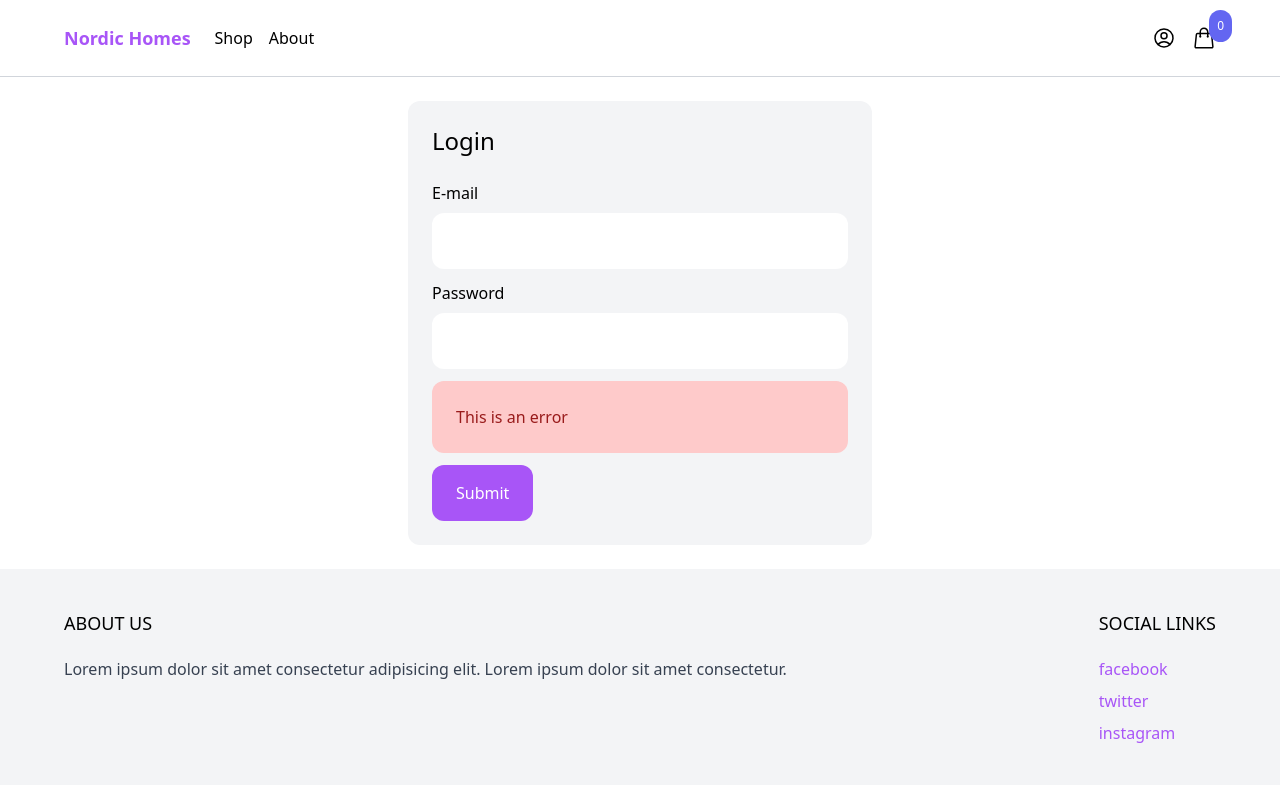
Repository: Calin224/NordicHomes
Page: core/templates/core/login.html
These files come from the project's save history. The page is drawn as it stood at one moment and after the next save; the edit follows.
The browser window is 1280 px wide. The pictures show the whole page.
Some web libraries are served in a nearby version. The template is drawn by Django 4.2. The application's start-up code is not run. Other server files are loaded and not shown. The template is opened directly, without the code that normally fills it, so the values that code supplies are empty.

Above is the page before, as saved 2023-02-16 20:24:25.

### core/templates/core/login.html
{% extends 'core/base.html' %}

{% block content %}

<div class="max-w-lg mx-auto flex flex-wrap p-6">
    <div class="w-full bg-gray-100 p-6 rounded-xl">
        <h1 class="mb-6 text-2xl">Login</h1>

        <form action="." method="post" class="space-y-3">
            {% csrf_token %}
            <div>
                <label for="">E-mail</label>
                <input type="email" class="w-full mt-2 py-4 px-6 bg-white rounded-xl focus:outline-none">
            </div>

            <div>
                <label for="">Password</label>
                <input type="password" class="w-full mt-2 py-4 px-6 bg-white rounded-xl focus:outline-none">
            </div>

            <div class="p-6 bg-red-200 text-red-800 rounded-xl">
                <p>This is an error</p>
            </div>

            {% if form.errors %}
                {% for field in form %}
                    {% for field in field.errors %}
                        <div class="p-6 bg-red-200 text-red-800 rounded-xl">
                            <p>{{ error|escape }}</p>
                        </div>
                    {% endfor %}
                {% endfor %}

                {% for error in form.non_field_errors %}
                    <div class="p-6 bg-red-200 text-red-800 rounded-xl">
                        <p>{{ error|escape }}</p>
                    </div>
                {% endfor %}
            {% endif %}

            <div>
                <button class="py-4 px-6 rounded-xl text-white bg-purple-500 hover:bg-purple-700">Submit</button>
            </div>
        </form>
    </div>
</div>

{% endblock content %}

### core/templates/core/base.html
<!DOCTYPE html>
<html lang="en">

<head>
    <meta charset="UTF-8">
    <meta name="viewport" content="width=device-width, initial-scale=1.0">
    <script src="https://cdn.tailwindcss.com"></script>
</head>

<body>
    <nav class="border-b border-gray-300">
        <div class="max-w-6xl mx-auto py-2 px-6 xl:px-0 flex items-center justify-between">
            <div class="menu-left flex items-center space-x-6">
                <a href="{% url 'frontpage' %}" class="py-4 text-lg text-purple-500 font-semibold">Nordic Homes</a>

                <ul class="flex items-center space-x-4">
                    <li><a href="{% url 'shop' %}">Shop</a></li>
                    <li><a href="#">About</a></li>


                    {% if request.user.is_authenticated %}
                        <li><a href="{% url 'logout' %}" class="px-4 py-2 bg-purple-500 hover:bg-purple-700 text-white rounded-lg">Logout</a></li>
                    {% endif %}

                </ul>
            </div>

            <div class="menu-right flex items-center space-x-4">
                <a href="#">
                    <svg xmlns="http://www.w3.org/2000/svg" fill="none" viewBox="0 0 24 24" stroke-width="1.5"
                        stroke="currentColor" class="w-6 h-6">
                        <path stroke-linecap="round" stroke-linejoin="round"
                            d="M17.982 18.725A7.488 7.488 0 0012 15.75a7.488 7.488 0 00-5.982 2.975m11.963 0a9 9 0 10-11.963 0m11.963 0A8.966 8.966 0 0112 21a8.966 8.966 0 01-5.982-2.275M15 9.75a3 3 0 11-6 0 3 3 0 016 0z" />
                    </svg>

                </a>

                {% include 'cart/menu_cart.html' %}
            </div>
        </div>
    </nav>

    <main>
        {% block content %}{% endblock content %}
    </main>

    <footer class="bg-gray-100">
        <div class="max-w-6xl mx-auto py-10 px-6 xl:px-0 md:flex justify-between">
            <div class="footer-left mb-12 md:mb-0">
                <h2 class="mb-5 uppercase text-lg">about us</h2>
                <p class="text-gray-700">Lorem ipsum dolor sit amet consectetur adipisicing elit. Lorem ipsum dolor sit
                    amet consectetur.</p>
            </div>

            <div class="footer-right">
                <h2 class="mb-5 uppercase text-lg">social links</h2>
                <ul class="space-y-2">
                    <li><a href="#" class="text-purple-500 hover:text-purple-800">facebook</a></li>
                    <li><a href="#" class="text-purple-500 hover:text-purple-800">twitter</a></li>
                    <li><a href="#" class="text-purple-500 hover:text-purple-800">instagram</a></li>
                </ul>
            </div>
        </div>
    </footer>

    <script src="https://unpkg.com/htmx.org@1.8.5"></script>
</body>

</html>

### cart/templates/cart/menu_cart.html
<a href="#" id="menu-cart-button" class="relative">
    <svg xmlns="http://www.w3.org/2000/svg" fill="none" viewBox="0 0 24 24" stroke-width="1.5"
        stroke="currentColor" class="w-6 h-6">
        <path stroke-linecap="round" stroke-linejoin="round"
            d="M15.75 10.5V6a3.75 3.75 0 10-7.5 0v4.5m11.356-1.993l1.263 12c.07.665-.45 1.243-1.119 1.243H4.25a1.125 1.125 0 01-1.12-1.243l1.264-12A1.125 1.125 0 015.513 7.5h12.974c.576 0 1.059.435 1.119 1.007zM8.625 10.5a.375.375 0 11-.75 0 .375.375 0 01.75 0zm7.5 0a.375.375 0 11-.75 0 .375.375 0 01.75 0z" />
    </svg>
    <span class="p-2 absolute -top-4 -right-4 bg-indigo-500 text-white text-xs rounded-full">{{cart|length}}</span>
</a>

After the next save:
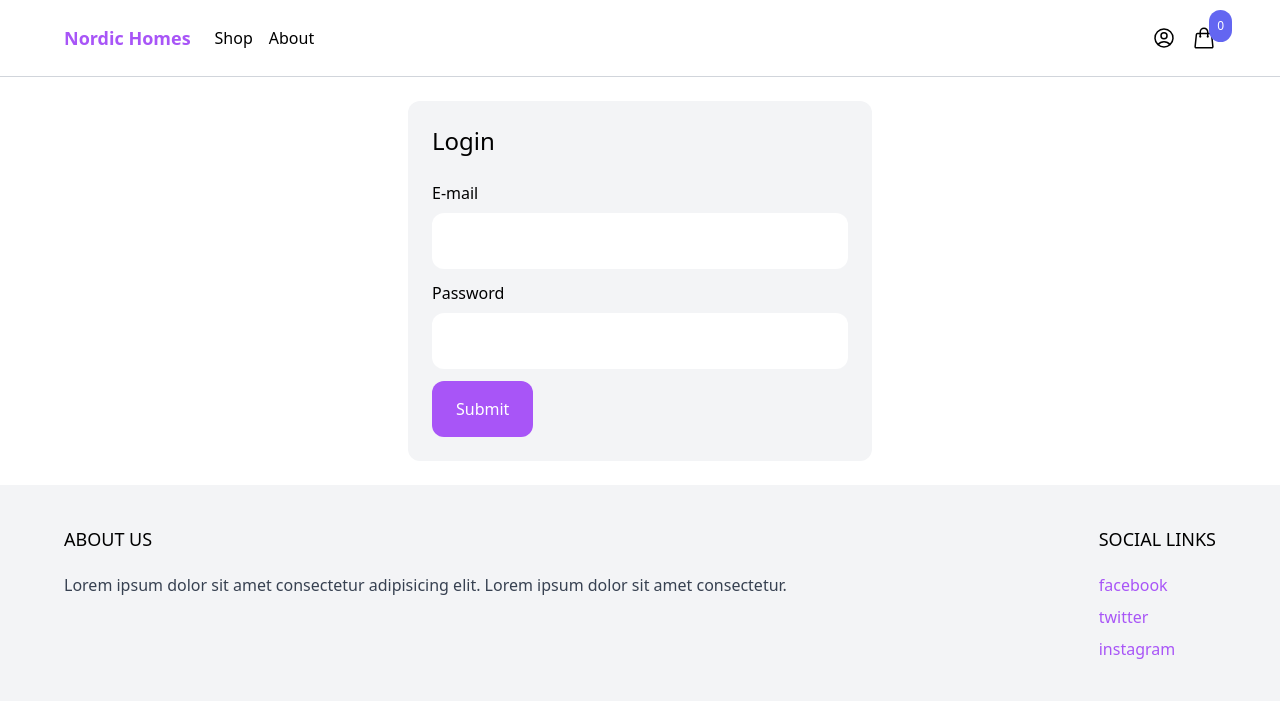
Saved 27 s later.
--- a/core/templates/core/login.html
+++ b/core/templates/core/login.html
@@ -18,9 +18,6 @@
                 <input type="password" class="w-full mt-2 py-4 px-6 bg-white rounded-xl focus:outline-none">
             </div>
 
-            <div class="p-6 bg-red-200 text-red-800 rounded-xl">
-                <p>This is an error</p>
-            </div>
 
             {% if form.errors %}
                 {% for field in form %}
